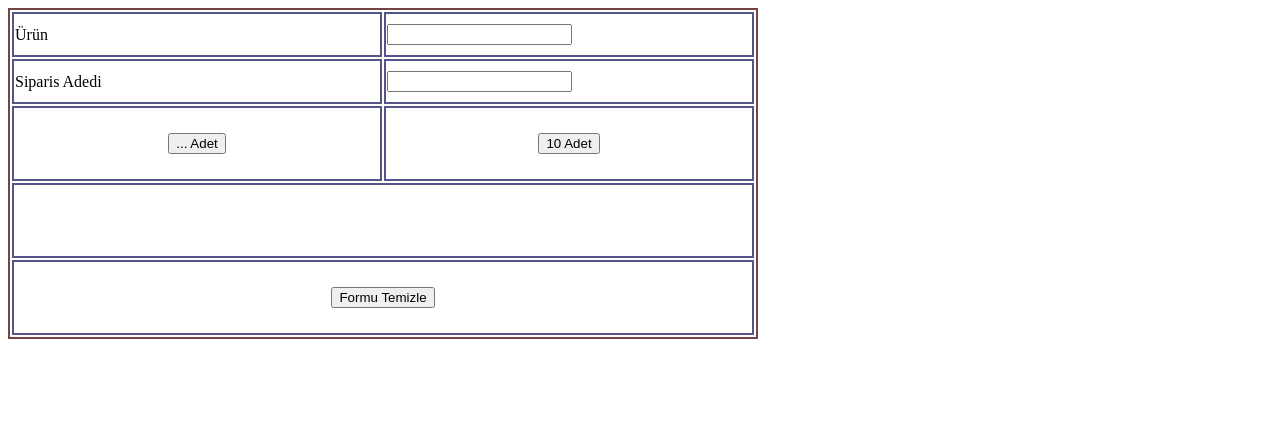
Repository: emrebolukbas/.js-Training-Tobeto
Page: 3-Siparis/public/Siparis.html
An editor plug-in stored every save of this project. The page is shown before and after the next save, followed by the edit.
The browser window is 1280 px wide. The pictures show the whole page.

Above is the page before, as saved 2023-10-08 12:31:59.

After the next save:
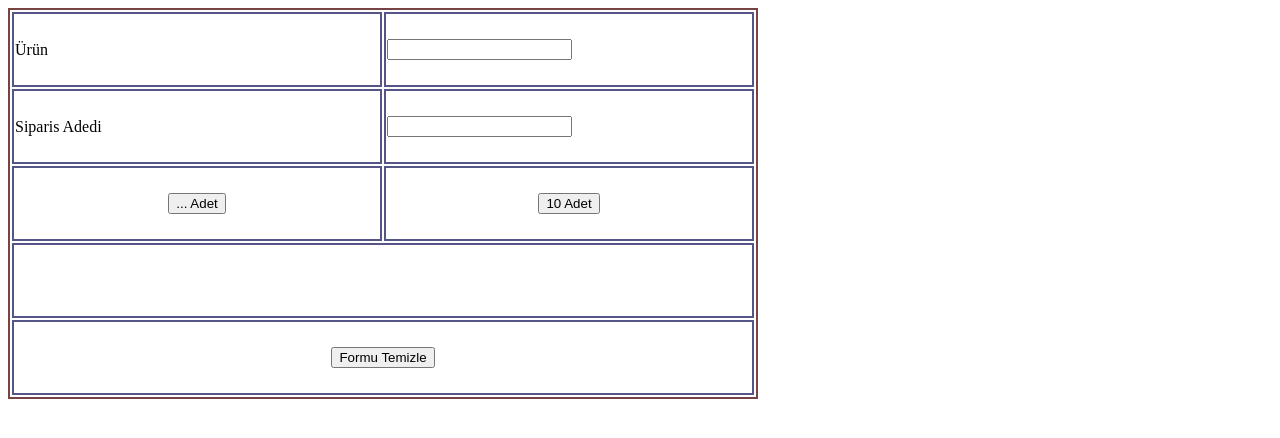
Saved 40 s later.
--- a/3-Siparis/public/Siparis.css
+++ b/3-Siparis/public/Siparis.css
@@ -7,7 +7,7 @@ table.table-1 {
 }
 
 tr.tr-1 {
-	height: 45px;
+	height: 75px;
 }
 
 /* Çizelgenin ikinci tür satırları için Css stilli */
